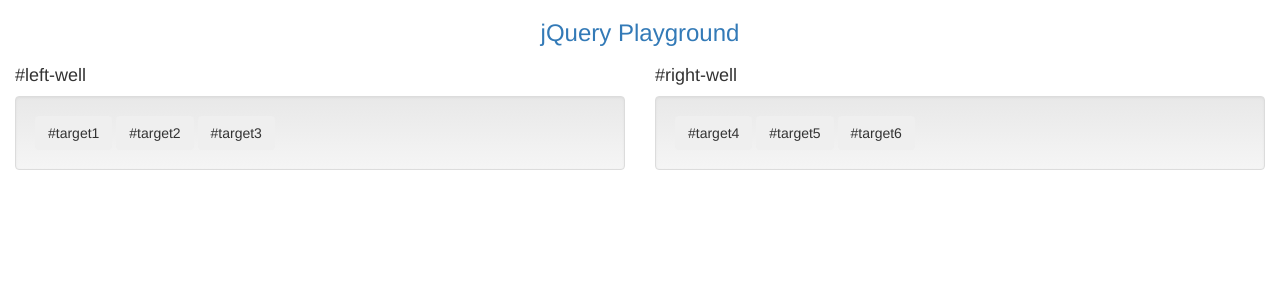
Repository: glgeorgiou/100-days-of-code-projects
Page: Front End Libraries Certification/2.Introduction to jQuery/8.change-the-css-of-an-element.html
These files come from the project's save history. The page is drawn as it stood at one moment and after the next save; the edit follows.
The browser window is 1280 px wide. The pictures show the whole page.

Above is the page before, as saved 2019-05-22 13:11:20.

After the next save:
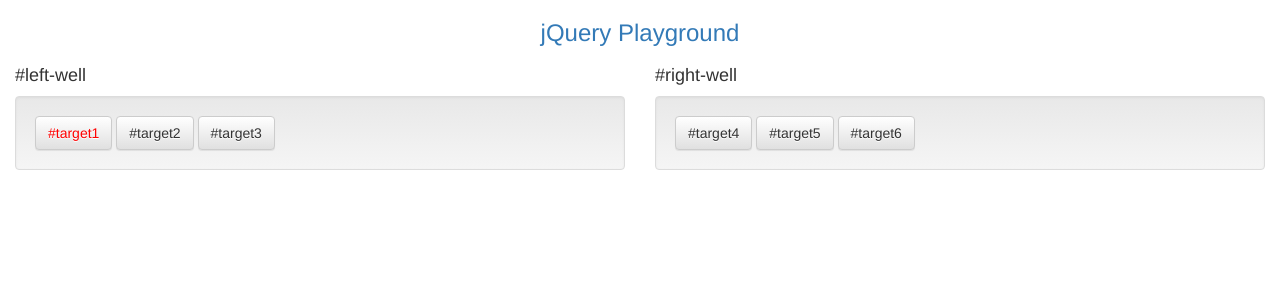
Saved 3 min 4 s later.
--- a/Front End Libraries Certification/2.Introduction to jQuery/8.change-the-css-of-an-element.html
+++ b/Front End Libraries Certification/2.Introduction to jQuery/8.change-the-css-of-an-element.html
@@ -19,10 +19,7 @@
     <!-- https://api.jquery.com/removeClass-->
     <script>
         $(document).ready(function() {
-            $("button").addClass("animated bounce");
-            $(".well").addClass("animated shake");
-            $("#target3").addClass("animated fadeOut");
-            $("button").removeClass("btn-default"); //Remove class
+          $("#target1").css("color","red"); //Change the color
         });
     </script>
   <!-- Only change code above this line. -->
